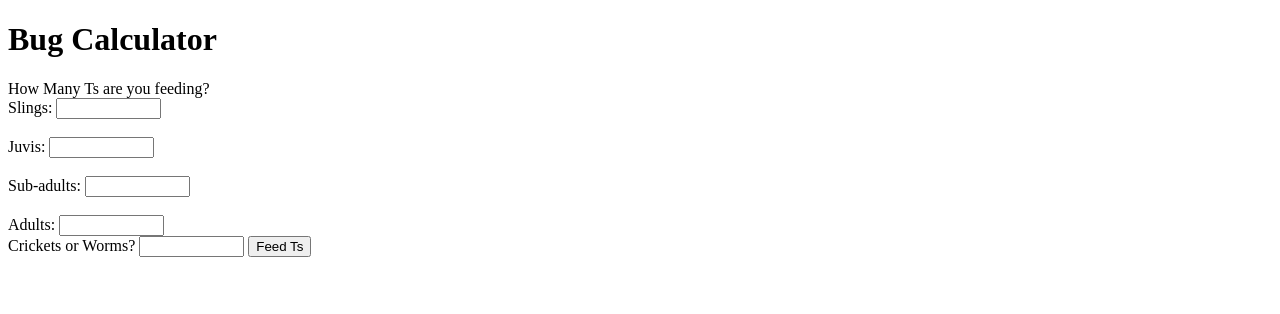
Repository: champloo2/JSPServeletCIS175
Page: http://localhost/TFeeder/bugCalc.jsp
These files come from the project's save history. The page is drawn as it stood at one moment and after the next save; the edit follows.
The browser window is 1280 px wide. The pictures show the whole page.
The page is served by Tomcat 9.

Above is the page before, as saved 2020-02-12 00:29:06.

After the next save:
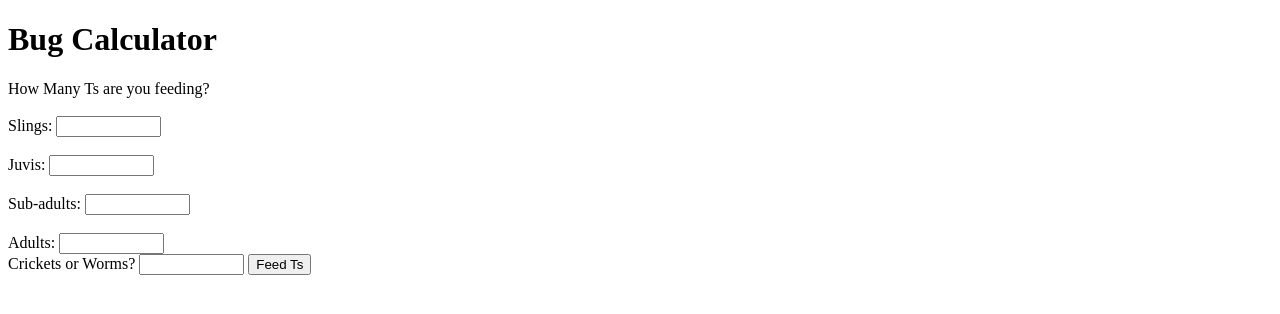
Saved 35 s later.
--- a/TFeeder/WebContent/bugCalc.jsp
+++ b/TFeeder/WebContent/bugCalc.jsp
@@ -10,7 +10,7 @@
 <body>
 <h1>Bug Calculator</h1>
 <form action="getCentsServlet" method="post">
-How Many Ts are you feeding? <br />
+How Many Ts are you feeding? <br /><br />
 Slings:
 <input type="text" name="numOfSlings" size="10"><br /><br />
 Juvis:
